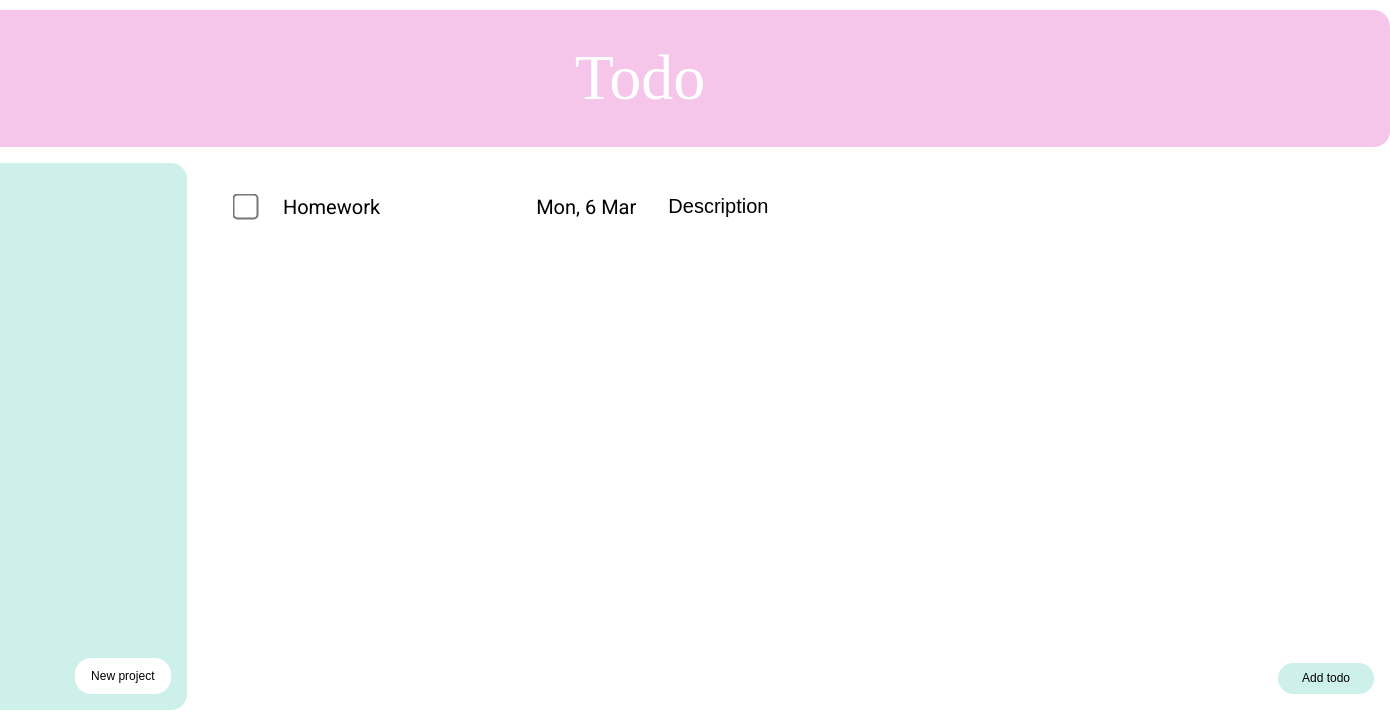
Repository: yeetzpxoci/todo-list
Page: dist/index.html
The author's editor kept a copy of each file at every save. The page is drawn from the files as they stood at one save, then again after the next save.
The browser window is 1280 px wide. The page is 1390 px wide, so the pictures cover 1390 px, including what lies to the right of the window. The pictures show the whole page.
Some web fonts or font styles are not loaded; a fallback is used.

Above is the page before, as saved 2023-03-07 17:20:58.
Console error: ReferenceError: projectNameSubmit is not defined

### dist/index.html
<!DOCTYPE html>
<html lang="en">
<head>
    <meta charset="UTF-8">
    <meta http-equiv="X-UA-Compatible" content="IE=edge">
    <meta name="viewport" content="width=device-width, initial-scale=1.0">
    <title>Todo List</title>
    <link rel="stylesheet" href="styles.css">
    <link rel="preconnect" href="https://fonts.googleapis.com">
    <link rel="preconnect" href="https://fonts.gstatic.com" crossorigin>
    <link href="https://fonts.googleapis.com/css2?family=Tilt+Warp&display=swap" rel="stylesheet">
    <link href="https://fonts.googleapis.com/css2?family=Roboto&family=Tilt+Warp&display=swap" rel="stylesheet">
</head>
<body>

<script src="main.js"></script>
</body>
</html>

### dist/styles.css
body, html {
    margin:0;
    padding: 0;
}

body {
    min-height: 100vh;
    display: flex;
    flex-direction: column;
    justify-content: center;
    align-items: center;
    font-family: 'Roboto';
    background-color: white;
}

p {
    margin: 0;
    padding: 0;
}

#content {
    width: 1500px;
    height: 700px;
    display: grid;
    grid-template-columns: 1fr 4fr;
    grid-template-rows: 1fr 4fr;
    background-color: white;
    z-index: 0;
    overflow: hidden;
    border-radius: 16px;
    gap: 16px;
}

#header {
    display: flex;
    justify-content: center;
    align-items: center;
    background-color: #F6C6EA;
    font-size: 64px;
    font-family: 'Tilt Warp', cursive;
    grid-column: 1 / 3;
    grid-row: 1 / 2;
    z-index: 1;
    border-radius: 16px;
}

#header p {
    margin: 24px;
    padding: 0;
    color: white;
}

#sidebar {
    display: flex;
    flex-direction: column;
    background-color: #CDF0EA   ;
    grid-column: 1 / 2;
    grid-row: 2 / 3;
    z-index: -1;
    padding-left: 24px;
    padding-top: 24px;
    border-radius: 16px;
}

#projects-div {
    display: flex;
    flex-direction: column;
    width: 100%;
}

#add-project {
    align-self: flex-end;
    border-radius: 16px;
    border-width: 0;
    height: 36px;
    width: 96px;
    font-size: 12px;
    margin-top: auto;
    margin-right: 16px;
    margin-bottom: 16px;
    background-color: white;
    cursor: pointer;
}

#add-todo {
    align-self: flex-end;
    border-radius: 16px;
    border-width: 0;
    height: 36px;
    width: 96px;
    font-size: 12px;
    margin-top: auto;
    margin-bottom: 16px;
    margin-right: 16px;
    background-color: #CDF0EA;
    cursor: pointer;
}

.project-name {
    font-size: 32px;
    font-weight: bold;
    cursor: pointer;
}

#todos-wrapper {
    display: flex;
    flex-direction: column;
    gap: 16px;
    background-color: white;
    border-radius: 16px;
}

#todos {
    height: 100%;
    display: grid;
    grid-template-columns: 1fr 1fr;
    grid-auto-rows: 20%;
    column-gap: 16px;
    padding-left: 16px;
    padding-right: 16px;
    margin-top: 16px;
    overflow: scroll;
}

.todo, .todo-high, .todo-medium, .todo-low {
    display: flex;
    justify-content: space-between;
    align-items: center;
    height: 60%;
    border-radius: 16px;
    padding-left: 16px;
    padding-right: 16px;
    font-size: 20px;
}

.todo-high {
    background-color: #FFCBCB;
}

.todo-medium {
    background-color: #FFFDDE;
}

.todo-low {
    background-color: #E7FBBE;
}

.due {
    padding-left: 128px;
}

.checkbox {
    transform: scale(2);
}

.description {
    background-color: #caf1ff;
    border-radius: 16px;
    border-width: 0px;
    font-size: 20px;
    padding: 4px;
    cursor: pointer;
    background-color: transparent;
}

#description-div {
    display: none;
    flex-direction: column;
    flex-wrap: wrap;
    background-color: #F9F9F9;
    width: 25%;
    height: 40%;
    border-radius: 16px;
    padding: 16px;
    position: absolute;
    margin-left: auto;
    margin-right: auto;
    left: 0;
    right: 0;
    z-index: 2;
    box-shadow: 0 0 0 1600px rgba(0, 0, 0, 0.65);
}

#description-text {
    justify-content: baseline;
}

#close-button {
    margin-top: -8px;
    margin-right: -8px;
    font-weight: bold;
    width: 24px;
    height: 24px;
    align-self: flex-end;
    background-color: transparent;
    border: transparent;
    cursor: pointer;
}

#new-project-form {
    display: none;
    flex-direction: column;
    align-items: center;
    gap: 8px;
    flex-wrap: wrap;
    background-color: #F9F9F9;
    width: 20%;
    height: 10%;
    border-radius: 16px;
    padding: 16px;
    position: absolute;
    margin-left: auto;
    margin-right: auto;
    left: 0;
    right: 0;
    top: 256px;
    z-index: 2;
    box-shadow: 0 0 0 1600px rgba(0, 0, 0, 0.65);
}

#new-todo-form {
    display: none;
    flex-direction: column;
    align-items: center;
    gap: 8px;
    flex-wrap: wrap;
    background-color: #F9F9F9;
    width: 20%;
    height: 20%;
    border-radius: 16px;
    padding: 16px;
    position: absolute;
    margin-left: auto;
    margin-right: auto;
    left: 0;
    right: 0;
    top: 256px;
    z-index: 2;
    box-shadow: 0 0 0 1600px rgba(0, 0, 0, 0.65);
}

### dist/main.js
(()=>{"use strict";let e=[];function t(e){return{name:e,todos:[]}}let n=t("Default");function o(){for(let e=0;e<projects.length;e++){const t=document.createElement("p");t.className="project-name",t.innerHTML=projects[e].name,sidebarDiv.append(t)}}function c(){sidebarDiv.innerHTML=""}n.todos.push({title:"Homework",description:"Networks and Security bTCP Homework",dueDate:"Mon, 6 Mar",priority:"High"}),e.push(n),function(e){const t=document.createElement("div");t.id="content";const n=document.createElement("div");n.id="header";const d=document.createElement("p");d.innerHTML="Todo",n.append(d);const i=document.createElement("div");i.id="sidebar";const a=document.createElement("button");a.id="add-project",a.innerHTML="New project",a.addEventListener("click",(function(){document.getElementById("new-project-form").style.display="flex"})),i.append(a);const s=document.createElement("div");s.id="todos-wrapper";const r=document.createElement("div");r.id="todos";const m=document.createElement("button");m.id="add-todo",m.innerHTML="Add todo",s.append(r,m);const l=document.createElement("button");l.id="close-button",l.innerHTML="X",l.addEventListener("click",(function(){this.parentElement.style.display="none"}));for(let t=0;t<e[0].todos.length;t++){const n=document.createElement("div");n.className="todo";const o=document.createElement("input");o.className="checkbox",o.type="checkbox";const c=document.createElement("p");c.innerHTML=e[0].todos[t].title,c.className="todo-name";const d=document.createElement("p");d.innerHTML=e[0].todos[t].dueDate,d.className="due";const i=document.createElement("p");i.id="description-text",i.innerHTML=e[0].todos[t].description;const a=l.cloneNode(!0);a.addEventListener("click",(function(){this.parentElement.style.display="none"}));const s=document.createElement("div");s.id="description-div",s.append(a,i);const m=document.createElement("button");m.innerHTML="Description",m.className="description",m.addEventListener("click",(function(){this.previousElementSibling.style.display="flex"})),n.append(o,c,d,s,m),r.append(n)}const p=document.createElement("form");p.id="new-project-form",p.onsubmit=function(e){e.preventDefault()};const u=document.createElement("input");u.id="project-name-input",u.type="text",u.placeholder="Project name";const E=document.createElement("input");E.type="submit",E.value="Add project",E.addEventListener("click",(function(){c(),o(),this.parentElement.style.display="none"})),p.append(l,u,E),t.append(n,i,s,p),document.body.appendChild(t)}(e),projectNameSubmit.addEventListener("click",(function(){!function(n){let o=t(document.getElementById("project-name-input").value);e.push(o)}(),sidebarDiv.innerHTML="",function(){for(let t=0;t<e.length;t++){const n=document.createElement("p");n.className="project-name",n.innerHTML=e[t].name,sidebarDiv.append(n)}}(),this.parentElement.style.display="none"}))})();

After the next save:
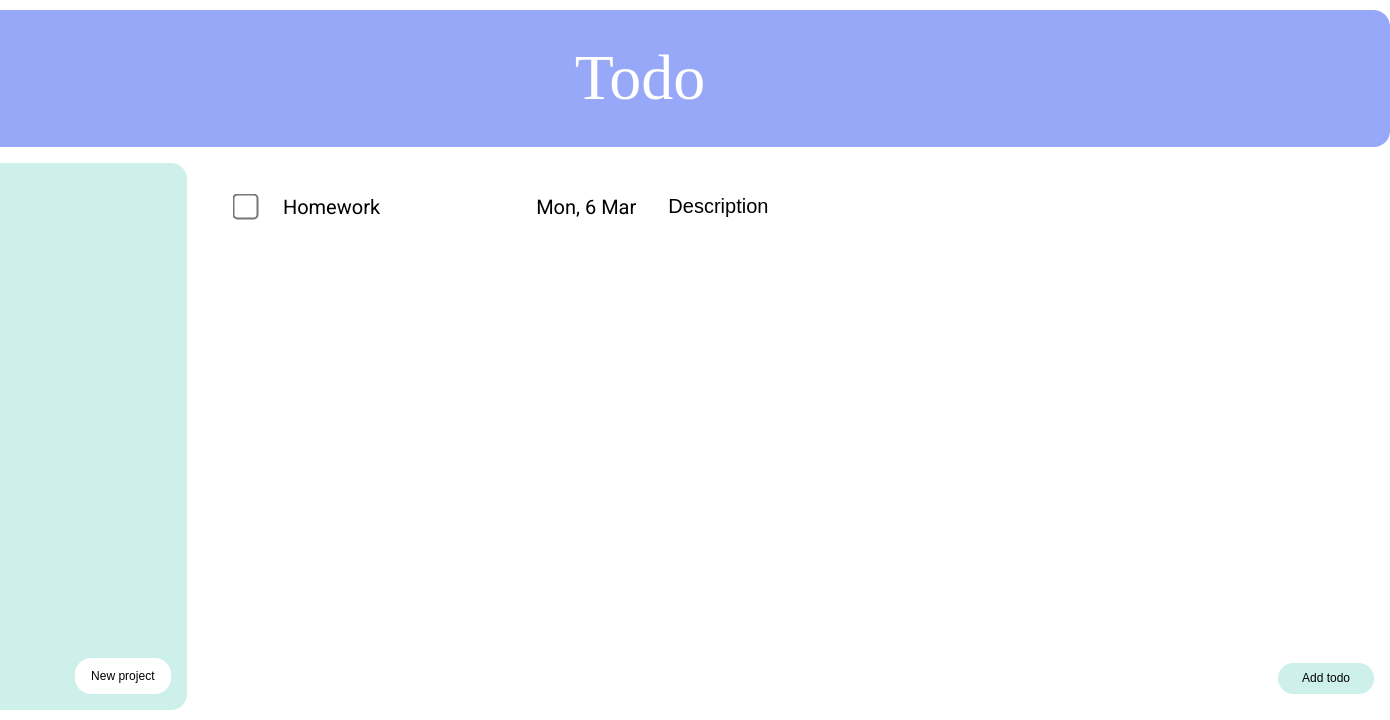
Saved 4 min 26 s later.
--- a/dist/styles.css
+++ b/dist/styles.css
@@ -35,7 +35,7 @@ p {
     display: flex;
     justify-content: center;
     align-items: center;
-    background-color: #F6C6EA;
+    background-color: #98A8F8;
     font-size: 64px;
     font-family: 'Tilt Warp', cursive;
     grid-column: 1 / 3;
